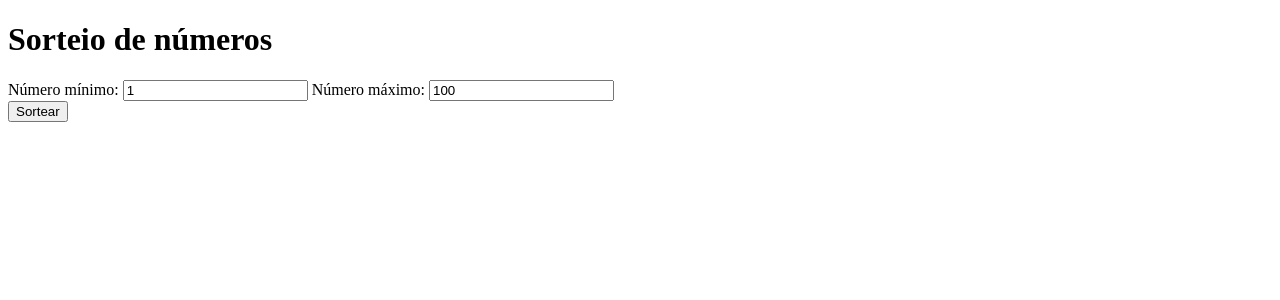
Repository: Matheus904-12/sorte
Page: sorteio-numeros.html
The author's editor kept a copy of each file at every save. The page is drawn from the files as they stood at one save, then again after the next save.
The browser window is 1280 px wide. The pictures show the whole page.

Above is the page before, as saved 2023-09-10 11:20:40.

After the next save:
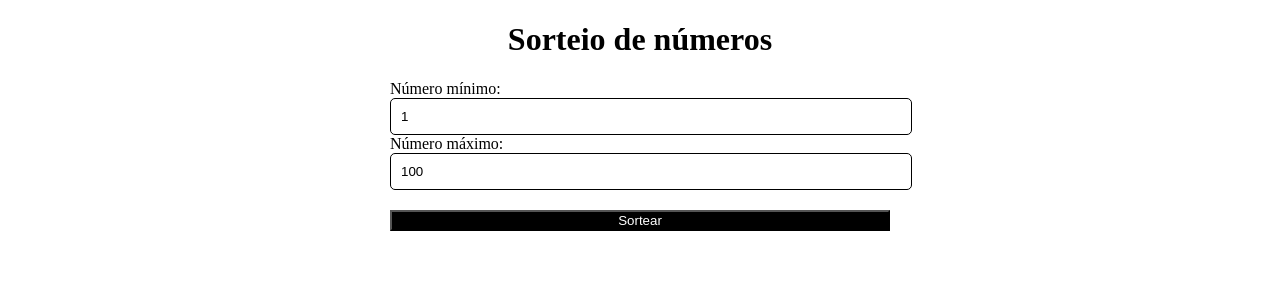
Saved 3 min 20 s later.
--- a/sorteio-numeros.html
+++ b/sorteio-numeros.html
@@ -17,25 +17,42 @@
     <div id="resultado"></div>
   </div>
 
-  <script>
-    // Função para sortear um número entre dois valores
-    function sortear(min, max) {
-      // Gera um número aleatório entre os dois valores
-      var numero = Math.floor(Math.random() * (max - min + 1)) + min;
-
-      // Exibe o número sorteado
-      document.querySelector("#resultado").innerHTML = numero;
+  <style>
+    .container {
+      width: 100%;
+      max-width: 500px;
+      margin: 0 auto;
     }
 
-    // Evento para o botão de sorteio
-    document.querySelector("#sortear").addEventListener("click", function() {
-      // Obtém os valores dos campos de entrada
-      var min = parseInt(document.querySelector("#min").value);
-      var max = parseInt(document.querySelector("#max").value);
+    h1 {
+      font-size: 2em;
+      text-align: center;
+    }
 
-      // Sorteia o número
-      sortear(min, max);
-    });
-  </script>
+    .range {
+      margin-top: 20px;
+    }
+
+    input {
+      width: 100%;
+      padding: 10px;
+      border: 1px solid #000;
+      border-radius: 5px;
+    }
+
+    button {
+      width: 100%;
+      margin-top: 20px;
+      background-color: #000;
+      color: #fff;
+      text-decoration: none;
+      cursor: pointer;
+    }
+
+    div.resultado {
+      margin-top: 20px;
+      text-align: center;
+    }
+  </style>
 </body>
 </html>
